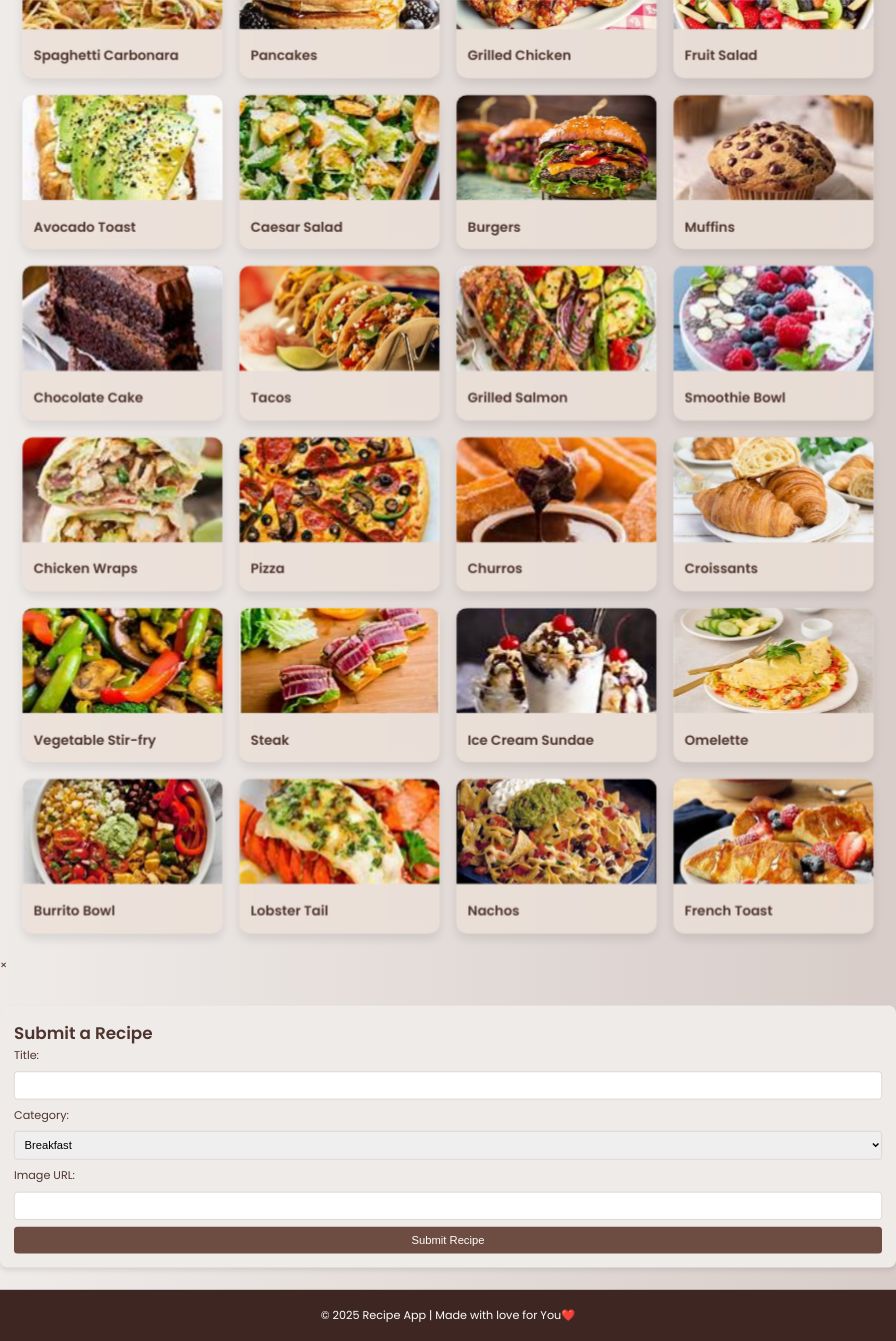
Repository: Patience225/recipe-app
Page: index.html
The author's editor kept a copy of each file at every save. The page is drawn from the files as they stood at one save, then again after the next save.
The browser window is 1280 px wide. The pictures show the part of the page from y = 732 to 2652 px (the page is 2648 px tall before and 2652 px after), at 70% of full size.

Above is the page before, as saved 2025-01-27 11:19:34.

After the next save:
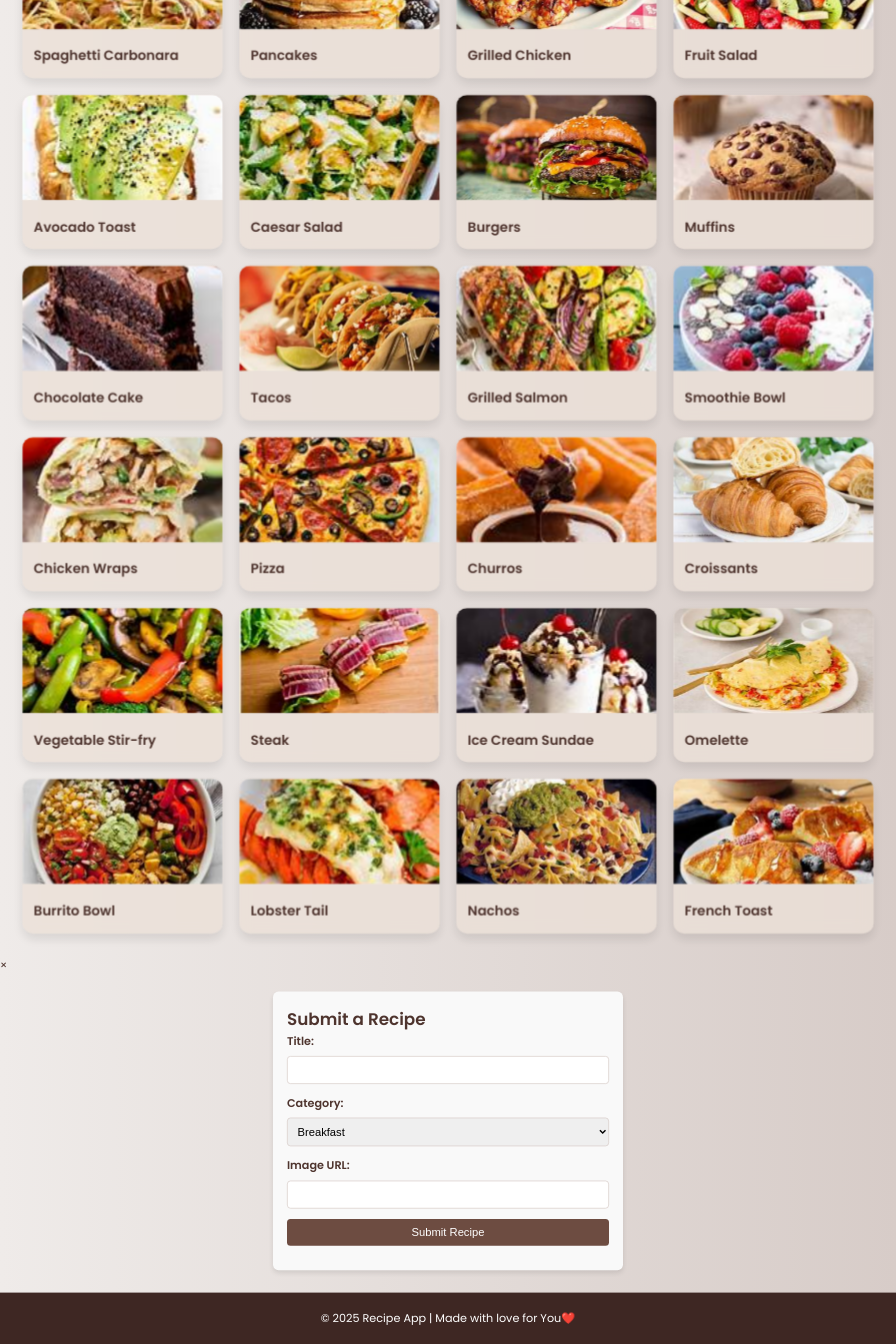
Saved 31 min 40 s later.
--- a/styles.css
+++ b/styles.css
@@ -162,12 +162,47 @@ body.dark-theme footer {
 }
 
 /* Recipe Submission Form Styles */
+/* Centralize and style the form container */
 #recipe-form-container {
-  margin: 20px 0;
-  padding: 20px;
-  background-color: #efebe9; /* Light coffee */
-  border-radius: 10px;
-  box-shadow: 0 4px 8px rgba(0, 0, 0, 0.1);
+  max-width: 500px; /* Set a maximum width for the form */
+  margin: 0 auto; /* Center the form horizontally */
+  padding: 20px; /* Add padding inside the container */
+  background-color: #f9f9f9; /* Optional: Set a background color for contrast */
+  border-radius: 8px; /* Add rounded corners */
+  box-shadow: 0 4px 8px rgba(0, 0, 0, 0.1); /* Add a subtle shadow for a polished look */
+}
+
+/* Add spacing for the form fields */
+#recipe-form label {
+  display: block;
+  margin-bottom: 8px;
+  font-weight: 600;
+}
+
+#recipe-form input,
+#recipe-form select,
+#recipe-form button {
+  width: 100%; /* Make inputs and button take up the full width of the container */
+  padding: 10px; /* Add padding inside inputs and button */
+  margin-bottom: 15px; /* Add spacing between fields */
+  border: 1px solid #ccc; /* Light border for inputs */
+  border-radius: 4px; /* Rounded corners for inputs */
+  font-size: 16px; /* Adjust font size */
+}
+
+/* Style the submit button specifically */
+#recipe-form button {
+  background-color: #007bff; /* Blue background */
+  color: #fff; /* White text */
+  border: none;
+  cursor: pointer;
+  transition: background-color 0.3s ease;
+}
+
+#recipe-form button:hover {
+  background-color: #0056b3; /* Darker blue on hover */
+}
+
 }
 
 #recipe-form {
